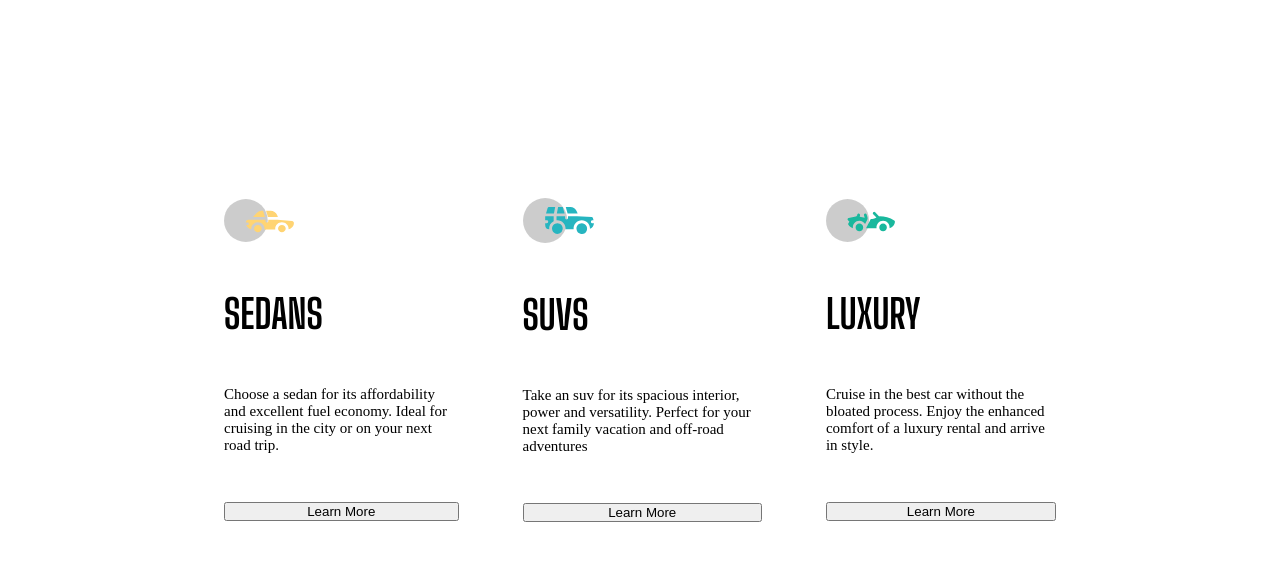
Repository: UnegbuAbigail/3-columns-cards
Page: index.html
The author's editor kept a copy of each file at every save. The page is drawn from the files as they stood at one save, then again after the next save.
The browser window is 1280 px wide. The pictures show the whole page.

Above is the page before, as saved 2024-08-03 14:25:47.

After the next save:
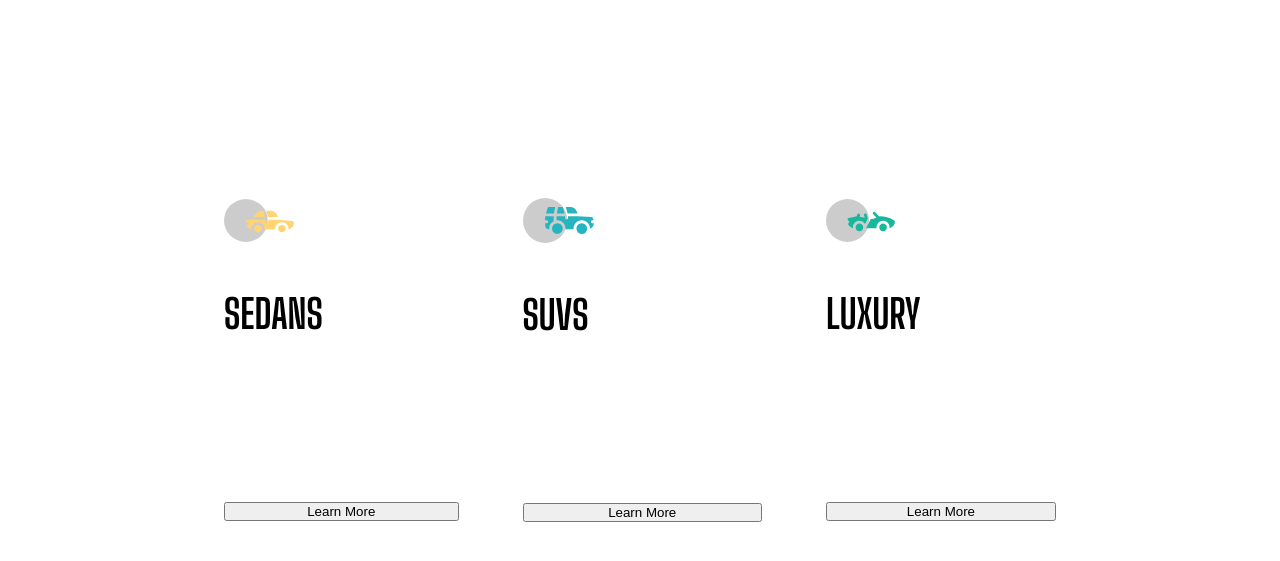
Saved 4 s later.
--- a/style.css
+++ b/style.css
@@ -65,5 +65,5 @@
 }
 
 p{
-    color: var();
+    color: var(--transparent-white);
 }

After the save that followed:
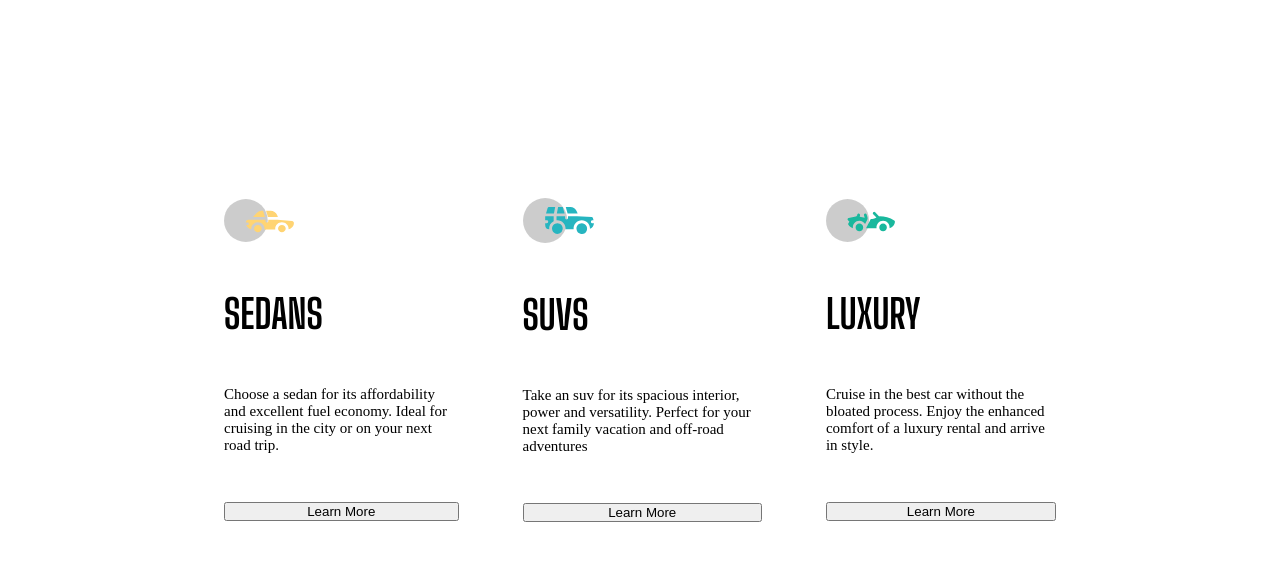
Saved 4 s later.
--- a/style.css
+++ b/style.css
@@ -65,5 +65,5 @@
 }
 
 p{
-    color: var(--transparent-white);
+    /* color: var(--transparent-white); */
 }
